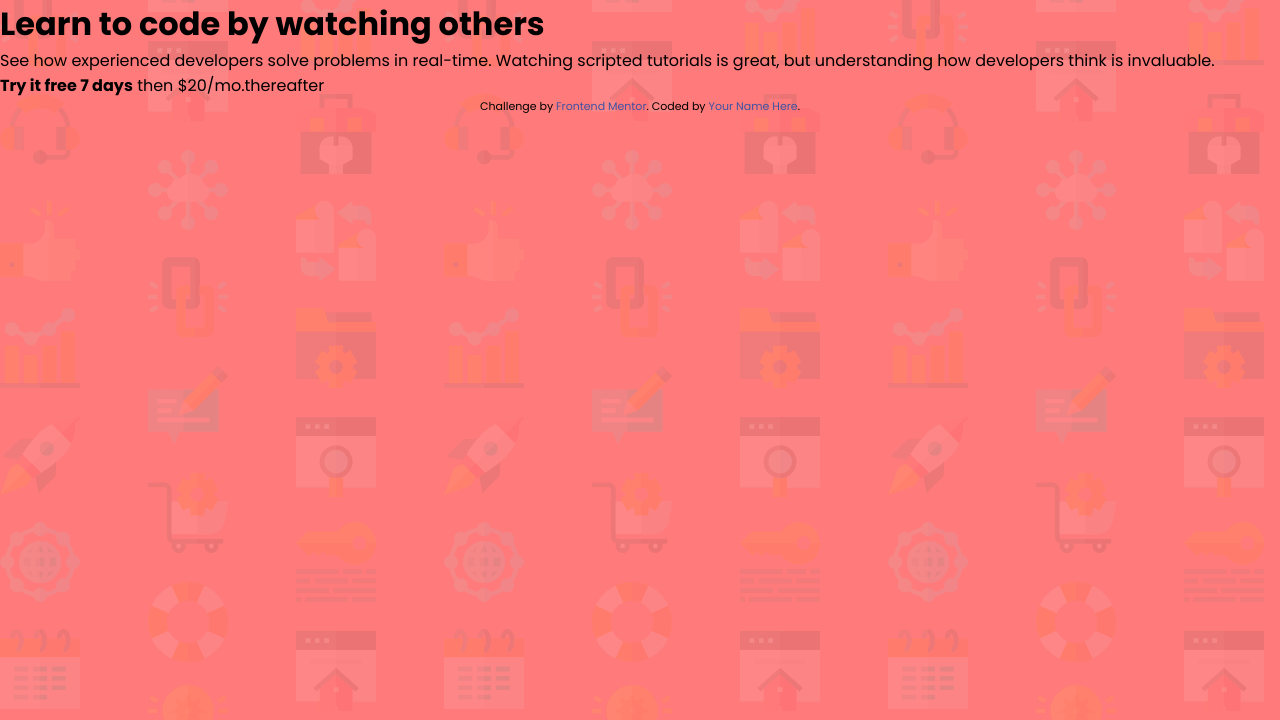
Repository: Akashiii1/WebSignup_Form_Day2
Page: index.html
An editor plug-in stored every save of this project. The page is shown before and after the next save, followed by the edit.
The browser window is 1280 px wide. The pictures show the whole page.

Above is the page before, as saved 2021-12-19 16:26:50.

After the next save:
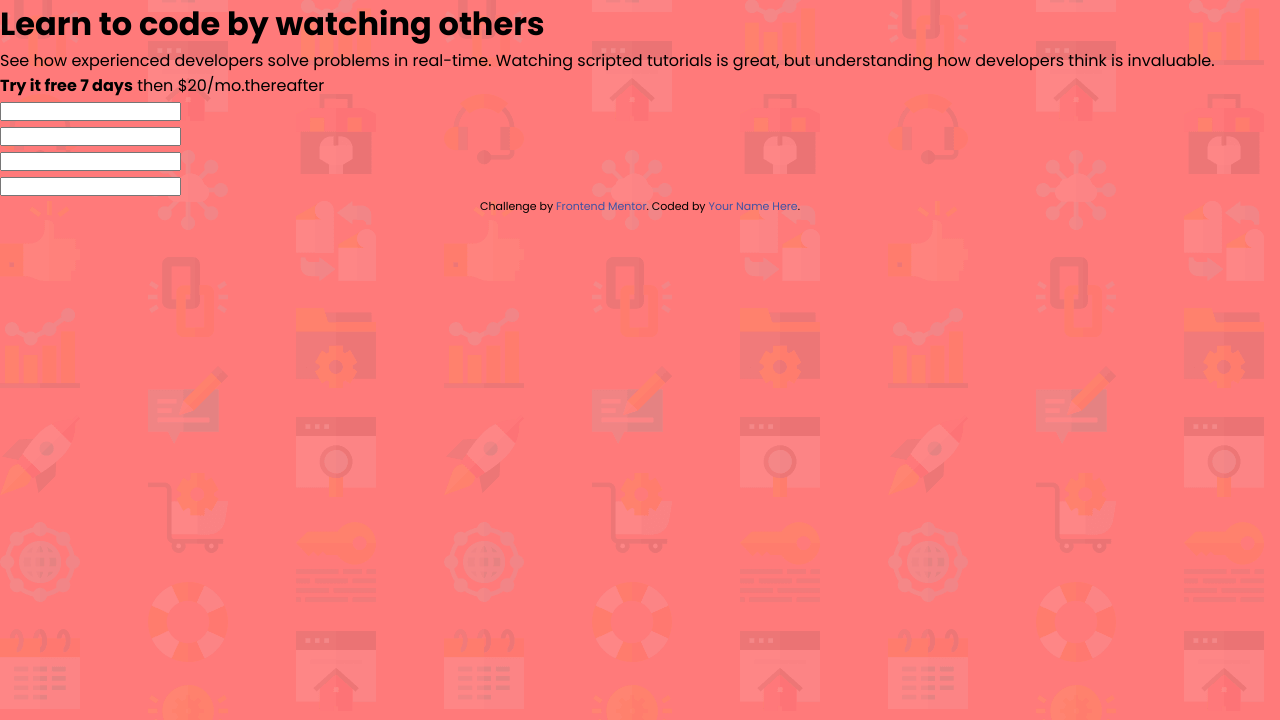
Saved 71 s later.
--- a/index.html
+++ b/index.html
@@ -55,7 +55,12 @@
         <div class="box">
           <p><strong> Try it free 7 days</strong> then $20/mo.thereafter</p>
         </div>
-        <form action="" class="box"></form>
+        <form action="" class="box">
+          <div class="form-control"><input type="text"><small></small></div>
+          <div class="form-control"><input type="text"><small></small></div>
+          <div class="form-control"><input type="text"><small></small></div>
+          <div class="form-control"><input type="text"><small></small></div>
+        </form>
       </div>
     </div>
     <footer>
